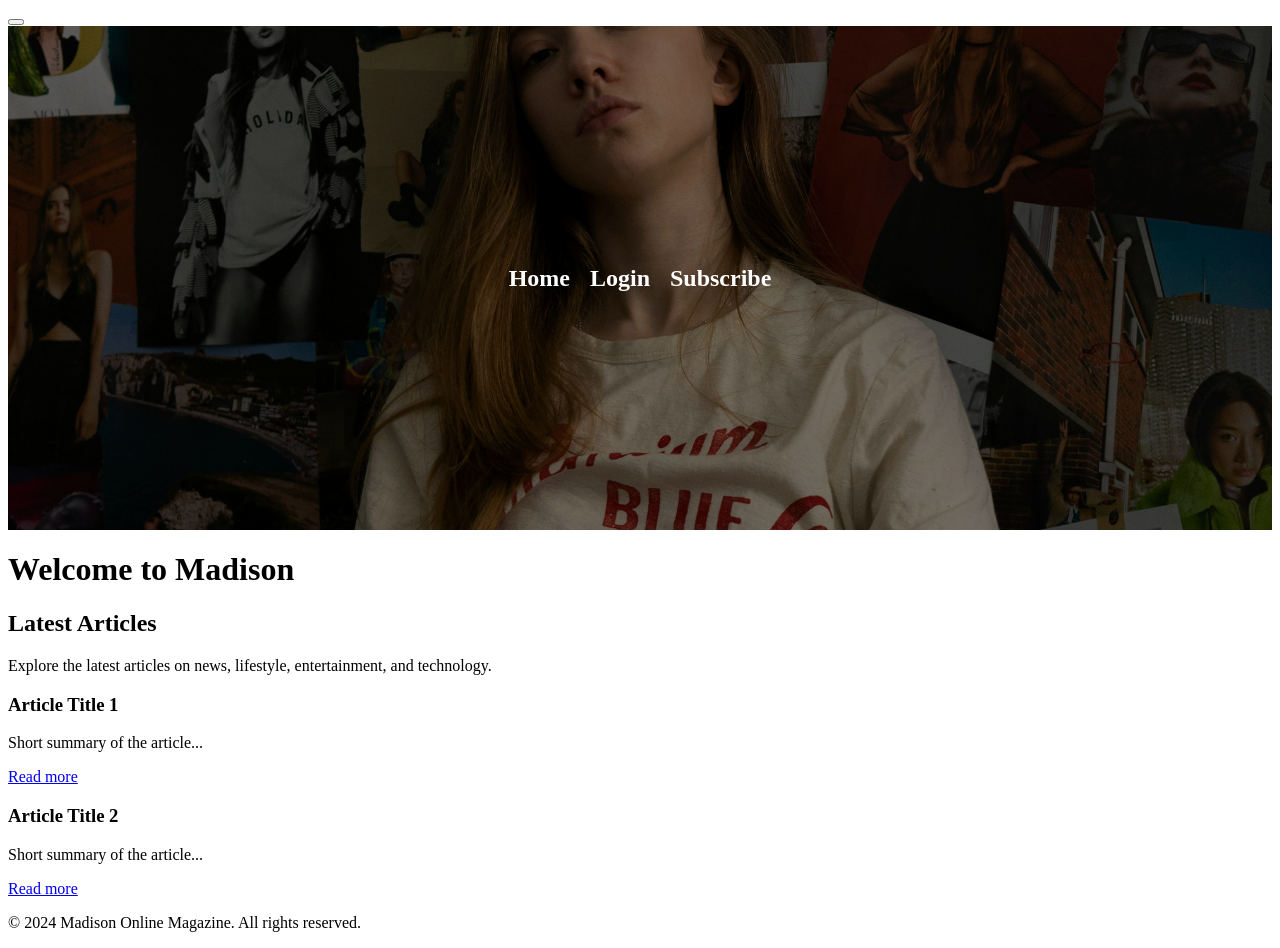
Repository: Anukb/Madison-Magazine-
Page: http://localhost/
The author's editor kept a copy of each file at every save. The page is drawn from the files as they stood at one save, then again after the next save.
The browser window is 1280 px wide. The pictures show the whole page.
The page is served by the project's application, run on Django 5.2 (manage.py). Other server files are loaded and not shown.

Above is the page before, as saved 2024-08-13 06:14:44.

### myapp/templates/home.html
<!DOCTYPE html>
<html lang="en">
<head>
    {% load static %}
    <meta charset="UTF-8">
    <meta name="viewport" content="width=device-width, initial-scale=1.0">
    <title>Madison Online Magazine</title>
    <link rel="stylesheet" type="text/css" href="{% static 'css/style.css' %}">
</head>
<body>
    <header>
        <div class="header-nav js--header-nav is-fixed">
            <div class="header-nav__inner">
                <div class="nav-wrapper">
                    <button class="hamburger js--nav-toggle" aria-label="Open navigation">
                        <span></span>
                        <span></span>
                        <span></span>
                    </button>
                </div>



    <main>
        <div class="image-container">
            <img src="{% static 'images/img1.jpg' %}" alt="Cover Image">
            <div class="overlay">
                <nav class="overlay-nav">
                    <ul>
                        <li><a href="{% url 'home' %}">Home</a></li>
                        <li><a href="{% url 'login' %}">Login</a></li>
                        <li><a href="{% url 'subscribe' %}">Subscribe</a></li>
                    </ul>
                </nav>
            </div>
        </div>

        <div class="container">
            <h1>Welcome to Madison</h1>
            <section>
                <h2>Latest Articles</h2>
                <p>Explore the latest articles on news, lifestyle, entertainment, and technology.</p>
                <!-- Example of featured articles -->
                <article>
                    <h3>Article Title 1</h3>
                    <p>Short summary of the article...</p>
                    <a href="#">Read more</a>
                </article>
                <article>
                    <h3>Article Title 2</h3>
                    <p>Short summary of the article...</p>
                    <a href="#">Read more</a>
                </article>
            </section>
        </div>
    </main>

    <footer>
        <p>&copy; 2024 Madison Online Magazine. All rights reserved.</p>
    </footer>
</body>
</html>

### myapp/views.py
from django.shortcuts import render, redirect
from django.contrib import messages
from django.contrib.auth import authenticate, login as auth_login
from .models import Register, Login
from django.http import HttpResponseBadRequest
def register_view(request):
    if request.method == 'POST':
        username = request.POST.get('username')
        email = request.POST.get('email')
        password = request.POST.get('password')
        confirm_password = request.POST.get('confirm_password')
        first_name = request.POST.get('first_name')
        last_name = request.POST.get('last_name')

        # Basic validation
        if not username or not email or not password or not confirm_password:
            messages.error(request, 'Please fill out all fields.')
        elif password != confirm_password:
            messages.error(request, 'Passwords do not match.')
        elif Register.objects.filter(username=username).exists():
            messages.error(request, 'Username already exists.')
        elif Register.objects.filter(email=email).exists():
            messages.error(request, 'Email already exists.')
        else:
            # Create new user
            register = Register(
                username=username,
                email=email,
                password=password,
                confirm_password=confirm_password,
                first_name=first_name,
                last_name=last_name
            )
            register.save()
            messages.success(request, 'Registration successful! You can now log in.')
            return redirect('profile')

from django.contrib.auth.hashers import make_password, check_password
from django.shortcuts import render, redirect
from django.contrib import messages
from .models import Register, Login
from django.contrib.auth import login as auth_login

def login_view(request):
    if request.method == 'POST':
        email = request.POST.get('email')
        password = request.POST.get('password')

        try:
            # Retrieve the user from the Register model
            register = Register.objects.get(email=email)

            # Check if the password matches using hashing
            if check_password(password, register.password):
                # Create a Login entry
                login_entry = Login(reg_id=register, email=register.email)
                login_entry.save()
                print(f"Login object saved: {login_entry}")  # Debugging statement

                # Log in the user (create a session)
                auth_login(request, register)

                # Redirect to the home page
                return redirect('home')
            else:
                messages.error(request, 'Invalid email or password.')
                print("Password mismatch")  # Debugging statement

        except Register.DoesNotExist:
            messages.error(request, 'User does not exist.')
            print("User does not exist")  # Debugging statement

        except Exception as e:
            messages.error(request, 'An error occurred during login.')
            print(f"Exception occurred: {e}")  # Debugging statement

    return render(request, 'account/login.html')



def forgot_password_view(request):
    if request.method == 'POST':
        email = request.POST.get('email')
        # Implement your password reset logic here
        messages.info(request, 'Password reset instructions have been sent to your email address.')
        return redirect('login')
    return render(request, 'account/forgot_password.html')

def home_view(request):
    return render(request, 'home.html')

def subscribe_view(request):
    return render(request, 'subscription.html')

def payment_view(request):
    plan = request.GET.get('plan', '')
    return render(request, 'payment.html', {'plan': plan})

def process_payment_view(request):
    if request.method == 'POST':
        # Process the payment logic here
        pass
    return redirect('home')
def profile_view(request):
    try:
        # Retrieve the user from the Register model using email
        user = Register.objects.get(email=request.user.email)
        return render(request, 'account/profile.html', {'user': user})
    except Register.DoesNotExist:
        messages.error(request, 'User does not exist.')
        return redirect('home')

### magazinep/urls.py
from django.contrib import admin
from django.urls import path, include

urlpatterns = [
    path('admin/', admin.site.urls),
    path('', include('myapp.urls')),  # Root path now points to madison_app.urls
    path('accounts/', include('myapp.urls')),  # Optional: if 'accounts/' is part of madison_app
]

### myapp/urls.py
from django.urls import path
from . import views

urlpatterns = [
    path('', views.home_view, name='home'),
    path('register/', views.register_view, name='register'),
    path('login/', views.login_view, name='login'),
    path('forgot-password/', views.forgot_password_view, name='forgot_password'),
    path('subscribe/', views.subscribe_view, name='subscribe'),
    path('payment/', views.payment_view, name='payment'),
    path('process_payment/', views.process_payment_view, name='process_payment'),
      path('profile/', views.profile_view, name='profile'),

]

### magazinep/static/css/style.css
/* Image container covering more of the screen */
.image-container {
    position: relative;
    height: 70vh; /* Adjust height to 70% of the viewport height */
    overflow: hidden;
}

.image-container img {
    width: 100%;
    height: 100%;
    object-fit: cover;
    position: absolute;
    top: 0;
    left: 0;
}

.overlay {
    position: absolute;
    top: 0;
    left: 0;
    width: 100%;
    height: 100%;
    display: flex;
    flex-direction: column;
    justify-content: center;
    align-items: center;
    background: rgba(0, 0, 0, 0.5); /* Optional: dark overlay for better text visibility */
}

.welcome-message {
    color: #fff; /* Text color */
    text-align: center;
    margin-bottom: 20px; /* Space between welcome message and nav links */
}

.overlay-nav ul {
    list-style: none;
    padding: 0;
    margin: 0;
    display: flex;
    gap: 20px;
}

.overlay-nav a {
    color: #fff; /* Text color */
    text-decoration: none;
    font-size: 24px; /* Adjust font size as needed */
    font-weight: bold;
}

.overlay-nav a:hover {
    text-decoration: underline;
}

/* Ensure other elements are not hidden by the image */
main {
    position: relative;
    z-index: 1;
}

After the next save:
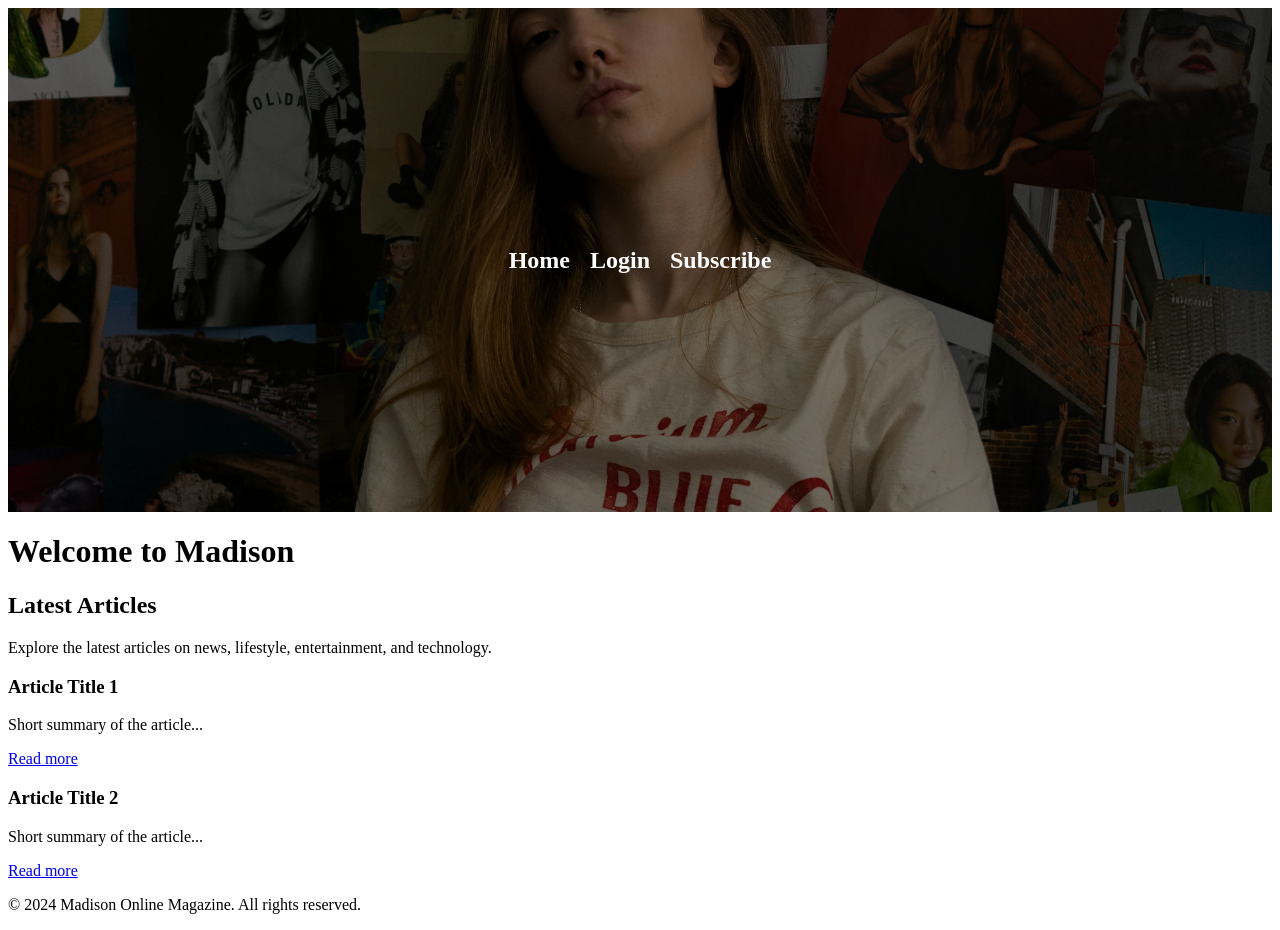
Saved 44 s later.
--- a/myapp/templates/home.html
+++ b/myapp/templates/home.html
@@ -9,15 +9,7 @@
 </head>
 <body>
     <header>
-        <div class="header-nav js--header-nav is-fixed">
-            <div class="header-nav__inner">
-                <div class="nav-wrapper">
-                    <button class="hamburger js--nav-toggle" aria-label="Open navigation">
-                        <span></span>
-                        <span></span>
-                        <span></span>
-                    </button>
-                </div>
+
 
 
 
